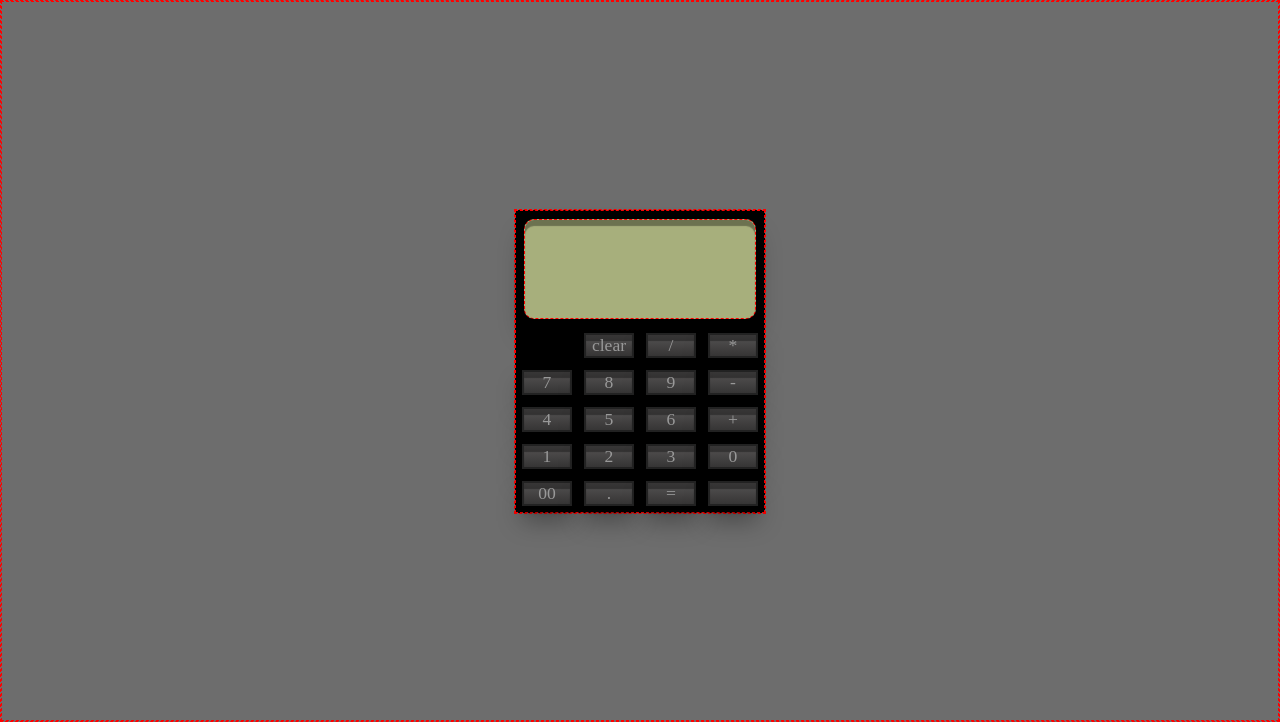
Repository: JunaidAnsari202/calculator
Page: index.html
An editor plug-in stored every save of this project. The page is shown before and after a run of saves, followed by the edit.
The browser window is 1280 px wide. The pictures show the whole page.

Above is the page before, as saved 2023-10-28 14:10:06.

### index.html
<!DOCTYPE html>
<html lang="en">
<head>
    <meta charset="UTF-8">
    <meta name="viewport" content="width=device-width, initial-scale=1.0">
    <title>Document</title>
    <link rel="stylesheet" href="style.css">
</head>
<body>

    <div class="caculator">
        <div class="button">
            <h2 id="value"></h2>
            <!-- <textarea name="" id="value" cols="1" rows="1" readonly></textarea> -->
            <span id="clear">clear</span>
            <span>/</span>
            <span>*</span>
            <span>7</span>
            <span>8</span>
            <span>9</span>
            <span>-</span>
            <span>4</span>
            <span>5</span>
            <span>6</span>
            <span id="plus">+</span>
            <span>1</span>
            <span>2</span>
            <span>3</span>
            <span>0</span>
            <span>00</span>
            <span>.</span>
            <span id="equal">=</span>
            <span></span>
        </div>
    </div>
    <script src="script.js"></script>
</body>
</html>

### style.css
*{
    padding: 0;
    margin: 0;
    box-sizing: border-box;
    border: 1px red dashed;
}

body{
    display: flex;
    justify-content: center;
    align-items: center;
    height: 100vh;
    background-color: rgb(109, 109, 109);
}
.calculator{
    position: relative;
    width: 300px;
}

.button{
    position: relative;
    display: grid;
    background-color: black;
    width: 250px;
}

#value{
    width: 2em; /* Adjust the width as needed */
    height: 1.2em; /* Adjust the height as needed */
    resize: none;

    position: relative;
    margin: 8px;
    grid-column: span 4;
    height: 100px;
    line-height: 100px;
    padding: 0 20px ;
    border-radius: 10px;
    background-color: #a7af7c;
    text-align: right;
    font-size: 1.5 rem;
    color: #3a3c2e;
    overflow: hidden;
    box-shadow: inset 0 6px 1px 0 rgba(0,0,0,0.35),
    0 5px 5px rgba(0,0,0,0.5),0 15px 25px rgba(0,0,0,0.35);
    width: calc(100% - 16px);
}


span{
    position: relative;
    pad: 10px;
    margin: 6px;
    min-width: 40px;
    font-size: 1.1rem;
    display: flex;
    justify-content: center;
    align-items: center;
    color: #999;
    border: 2px solid #222;
    background: linear-gradient(#555353,#363535);
    box-shadow: inset 0 6px 1px 0 rgba(0,0,0,0.35),
    0 5px 5px rgba(0,0,0,0.5),0 15px 25px rgba(0,0,0,0.35);
    user-select: none;
    cursor: pointer;
}

span::before{
    content: "";
    position: absolute;
    border-top: 2px solid #ccc;
    filter: blur(2px);
}

#clear{
grid-column: span2;
}

### script.js
let buttons=document.querySelector(".button");
let btn=document.querySelectorAll("span");
let value=document.getElementById("value");

for(let i =0;i<btn.length;i++){
    btn[i].addEventListener("click",function(){
        if(this.innerHTML == "="){
            value.innerHTML = eval(value.innerHTML);

        }
        else{
            if(this.innerHTML== "clear"){
                value.innerHTML = " ";
            }else{
                value.innerHTML += this.innerHTML;
            }
        }
    })
}

After the next 2 saves:
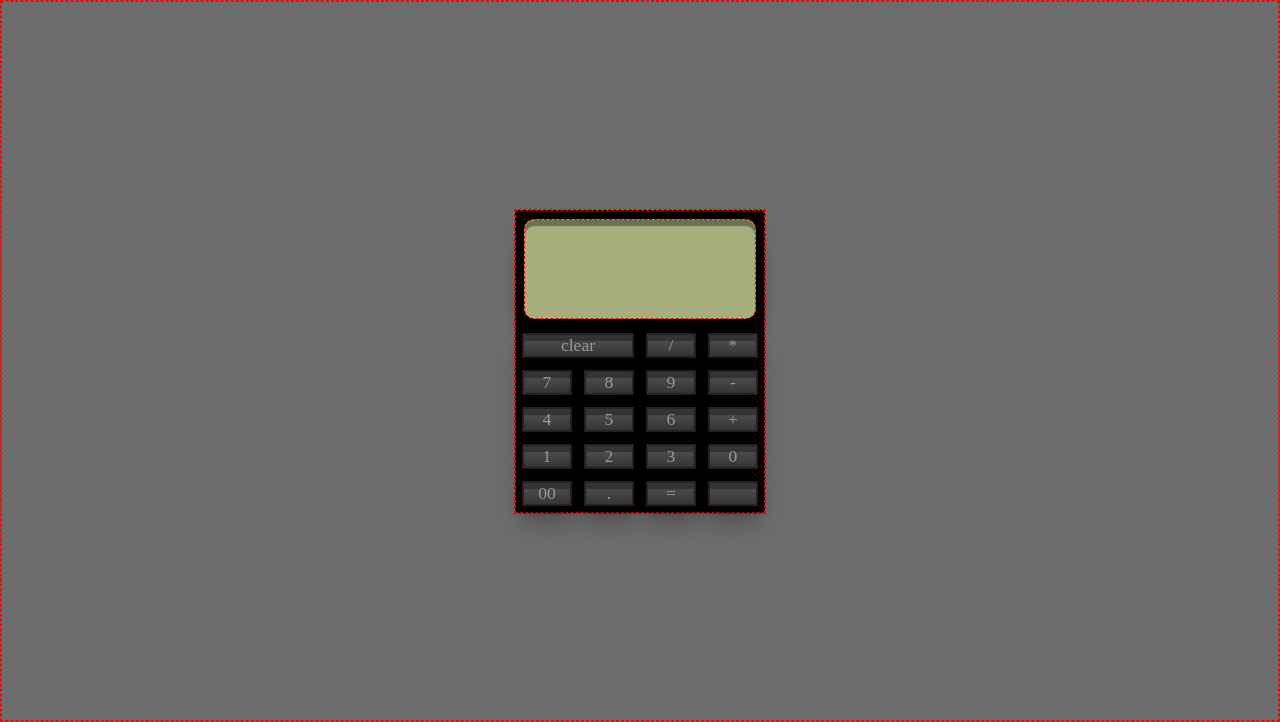
The 2 saves are shown as one change because they came seconds apart.
The last was saved 5 s later.
--- a/style.css
+++ b/style.css
@@ -73,5 +73,5 @@ span::before{
 }
 
 #clear{
-grid-column: span2;
+grid-column: span 2;
 }
